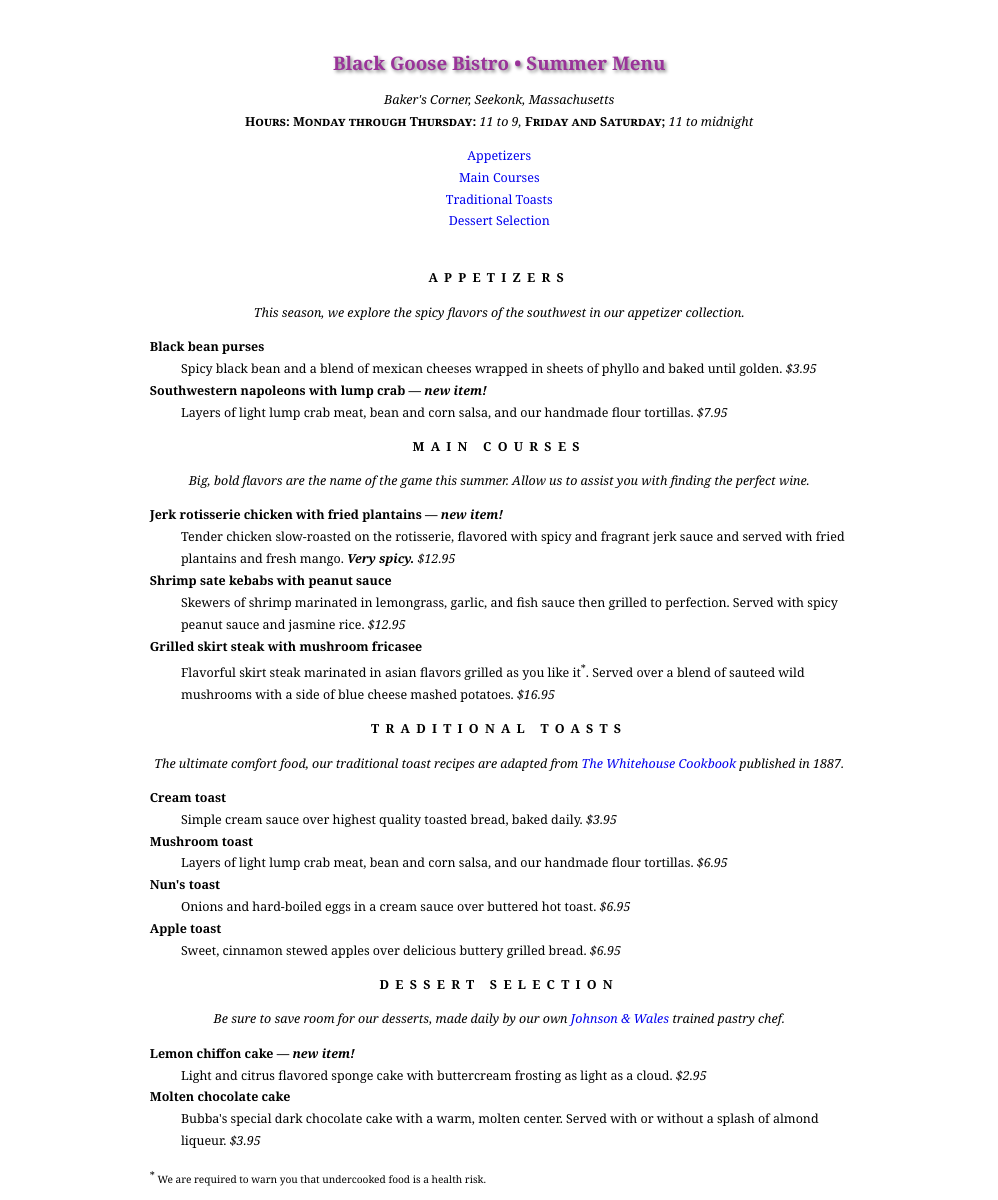
Repository: Lithium87/WebDesign
Page: Bistro/bistro.html
The author's editor kept a copy of each file at every save. The page is drawn from the files as they stood at one save, then again after the next save.
The browser window is 1280 px wide. The pictures show the whole page, at 78% of full size.
Some web fonts or font styles are not loaded; a fallback is used.

Above is the page before, as saved 2020-04-14 12:22:33.

### Bistro/bistro.html
<!DOCTYPE html >
<html>

<head>
    <meta charset="utf-8">
    <title>Black Goose Bistro Summer Menu</title>
    <link href='http://fonts.googleapis.com/css?family=Marko+One' rel='stylesheet' type='text/css'>
    <style>
        body {
            font-family: Georgia, serif;
            font-size: 100%;
            line-height: 175%;
            margin: 0 15% 0;
        }

        #header {
            margin-top: 0;
            padding: 3em 1em 2em 1em;
            text-align: center;
        }

        a {
            text-decoration: none;
        }

        h1 {
            font: bold 1.5em Georgia, serif;
            text-shadow: .1em .1em .2em gray;
            color: #993399;
        }

        h2 {
            font-size: 1em;
            text-transform: uppercase;
            letter-spacing: .5em;
            text-align: center;
        }

        dt {
            font-weight: bold;
        }

        strong {
            font-style: italic;
        }

        ul {
            list-style-type: none;
            margin: 0;
            padding: 0;
        }

        #info p {
            font-style: italic;
        }

        .price {
            font-family: Georgia, serif;
            font-style: italic;
        }

        p.warning,
        sup {
            font-size: small;
        }

        .label {
            font-weight: bold;
            font-variant: small-caps;
            font-style: normal;
        }

        h2+p {
            text-align: center;
            font-style: italic;
        }
    </style>
</head>

<body>

    <div id="header">
        <h1>Black Goose Bistro &bull; Summer Menu</h1>

        <div id="info">
            <p>Baker's Corner, Seekonk, Massachusetts<br>
                <span class="label">Hours: Monday through Thursday:</span> 11 to 9, <span class="label">Friday and Saturday;</span> 11 to midnight</p>
            <ul>
                <li><a href="#appetizers">Appetizers</a></li>
                <li><a href="#entrees">Main Courses</a></li>
                <li><a href="#toast">Traditional Toasts</a></li>
                <li><a href="#dessert">Dessert Selection</a></li>
            </ul>
        </div>
    </div>

    <div id="appetizers">
        <h2>Appetizers</h2>
        <p>This season, we explore the spicy flavors of the southwest in our appetizer collection.</p>

        <dl>
            <dt>Black bean purses</dt>
            <dd>Spicy black bean and a blend of mexican cheeses wrapped in sheets of phyllo and baked until golden. <span class="price">$3.95</span></dd>

            <dt class="newitem">Southwestern napoleons with lump crab &mdash; <strong>new item!</strong></dt>
            <dd>Layers of light lump crab meat, bean and corn salsa, and our handmade flour tortillas. <span class="price">$7.95</span></dd>
        </dl>
    </div>

    <div id="entrees">

        <h2>Main courses</h2>
        <p>Big, bold flavors are the name of the game this summer. Allow us to assist you with finding the perfect wine.</p>


        <dl>

            <dt class="newitem">Jerk rotisserie chicken with fried plantains &mdash; <strong>new item!</strong></dt>
            <dd>Tender chicken slow-roasted on the rotisserie, flavored with spicy and fragrant jerk sauce and served with fried plantains and fresh mango. <strong>Very spicy.</strong> <span class="price">$12.95</span></dd>

            <dt>Shrimp sate kebabs with peanut sauce</dt>
            <dd>Skewers of shrimp marinated in lemongrass, garlic, and fish sauce then grilled to perfection. Served with spicy peanut sauce and jasmine rice. <span class="price">$12.95</span></dd>

            <dt>Grilled skirt steak with mushroom fricasee</dt>
            <dd>Flavorful skirt steak marinated in asian flavors grilled as you like it<sup>*</sup>. Served over a blend of sauteed wild mushrooms with a side of blue cheese mashed potatoes. <span class="price">$16.95</span></dd>
        </dl>

    </div>

    <div id="toast">
        <h2>Traditional Toasts</h2>
        <p>The ultimate comfort food, our traditional toast recipes are adapted from <a href="http://www.gutenberg.org/files/13923/13923-h/13923-h.htm"><cite>The Whitehouse Cookbook</cite></a> published in 1887.</p>

        <dl>
            <dt>Cream toast</dt>
            <dd>Simple cream sauce over highest quality toasted bread, baked daily. <span class="price">$3.95</span></dd>

            <dt>Mushroom toast</dt>
            <dd>Layers of light lump crab meat, bean and corn salsa, and our handmade flour tortillas. <span class="price">$6.95</span></dd>

            <dt>Nun's toast</dt>
            <dd>Onions and hard-boiled eggs in a cream sauce over buttered hot toast. <span class="price">$6.95</span></dd>

            <dt>Apple toast</dt>
            <dd>Sweet, cinnamon stewed apples over delicious buttery grilled bread. <span class="price">$6.95</span></dd>
        </dl>
    </div>

    <div id="dessert">
        <h2>Dessert Selection</h2>
        <p>Be sure to save room for our desserts, made daily by our own <a href="http://www.jwu.edu/college.aspx?id=19510">Johnson & Wales</a> trained pastry chef.</p>

        <dl>
            <dt class="newitem">Lemon chiffon cake &mdash; <strong>new item!</strong></dt>
            <dd>Light and citrus flavored sponge cake with buttercream frosting as light as a cloud. <span class="price">$2.95</span></dd>

            <dt class="newitem">Molten chocolate cake</dt>
            <dd>Bubba's special dark chocolate cake with a warm, molten center. Served with or without a splash of almond liqueur. <span class="price">$3.95</span></dd>
        </dl>
    </div>

    <p class="warning"><sup>*</sup> We are required to warn you that undercooked food is a health risk.</p>

</body>

</html>

After the next save:
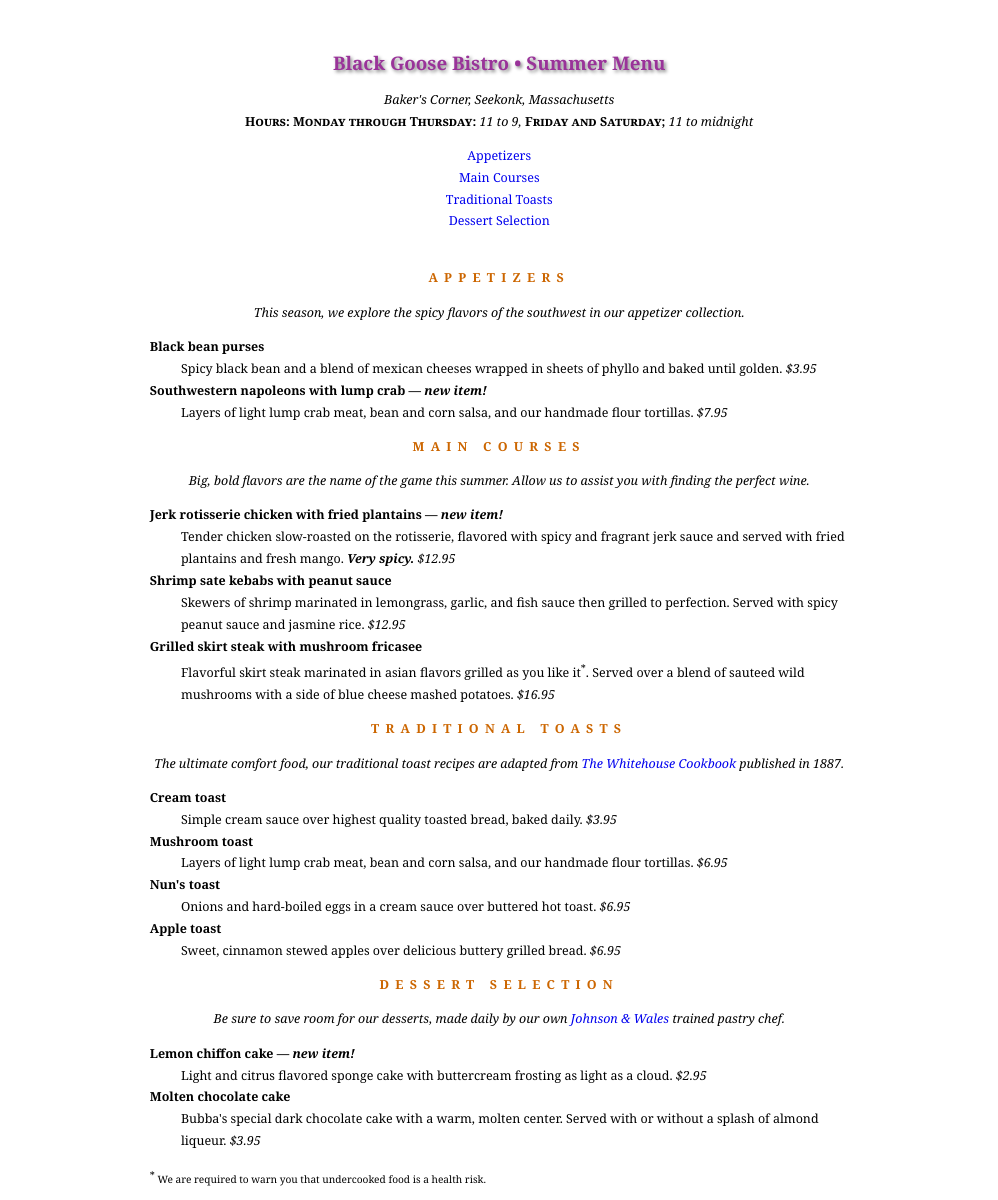
Saved 43 s later.
--- a/Bistro/bistro.html
+++ b/Bistro/bistro.html
@@ -34,6 +34,7 @@
             text-transform: uppercase;
             letter-spacing: .5em;
             text-align: center;
+            color: #cc6600;
         }
 
         dt {
